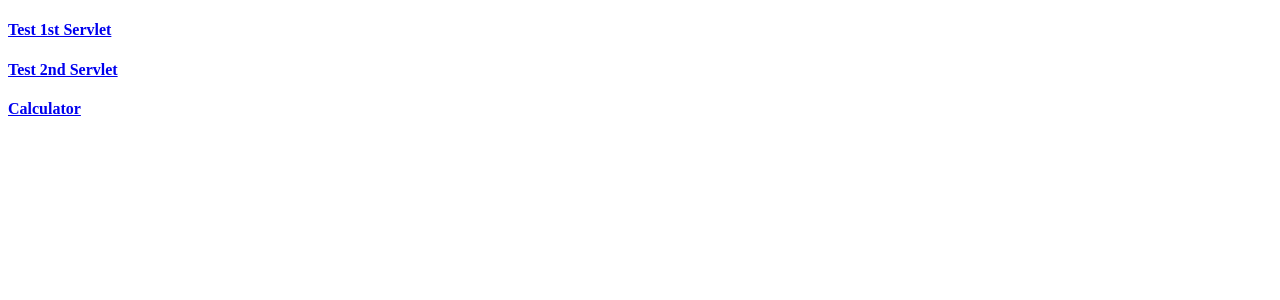
Repository: Vivek0000singh/Adavance-Java
Page: day3_web/src/main/webapp/index.html
The author's editor kept a copy of each file at every save. The page is drawn from the files as they stood at one save, then again after the next save.
The browser window is 1280 px wide. The pictures show the whole page.

Above is the page before, as saved 2025-10-15 10:49:01.

### day3_web/src/main/webapp/index.html
<!DOCTYPE html>
<html>
<head>
<meta charset="UTF-8">
<title>Home Page</title>
</head>
<body>
	<h4>
		<a href="first">Test 1st Servlet</a>
	</h4>
		<h4>
		<a href="second">Test 2nd Servlet</a>
	</h4>
	<h4>
		<a href="calc.html">Calculator</a>
	</h4>

</body>
</html>

After the next save:
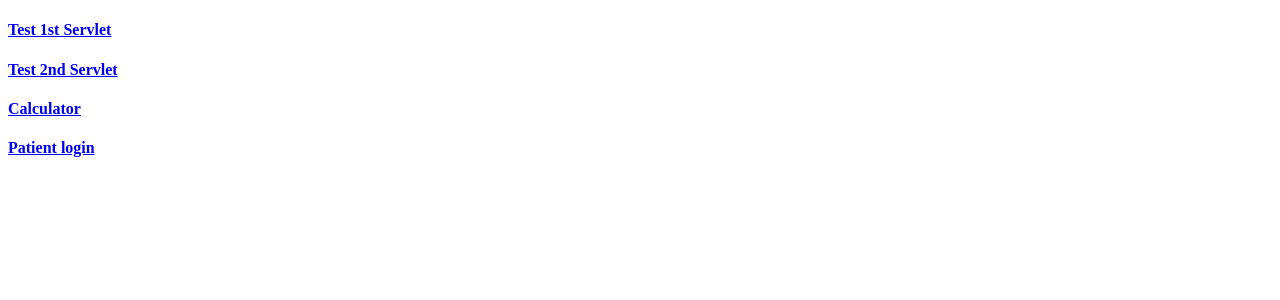
Saved 22 min 52 s later.
--- a/day3_web/src/main/webapp/index.html
+++ b/day3_web/src/main/webapp/index.html
@@ -15,5 +15,8 @@
 		<a href="calc.html">Calculator</a>
 	</h4>
 
+	<h4>
+		<a href="login.html">Patient login</a>
+	</h4>
 </body>
 </html>
